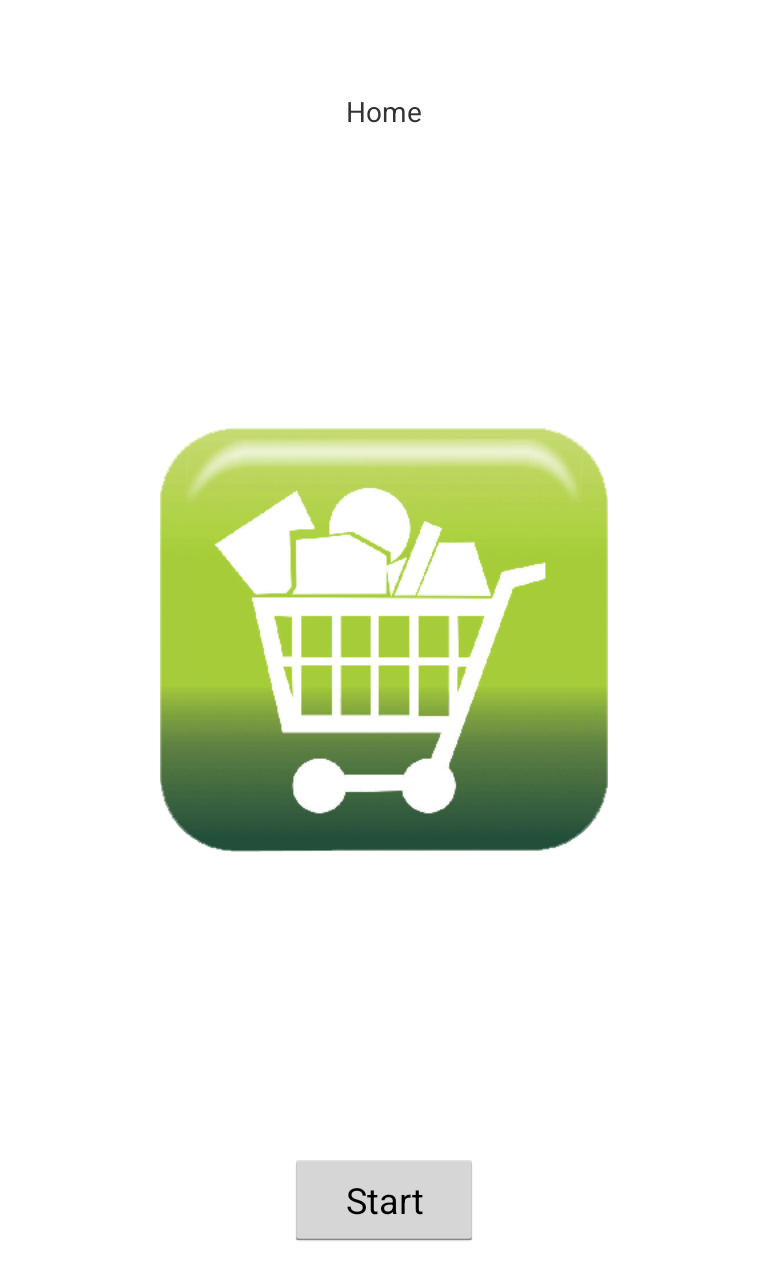
Repository: ailinm/Android
Layout: MyApp/res/layout/activity_main.xml
The author's editor kept a copy of each file at every save. The layout is drawn from the files as they stood at one save, then again after the next save.
It is drawn on a 768 x 1280 px phone screen (xhdpi) without system bars, with theme AppTheme; the app's code is not run.

Above is the layout before, as saved 2014-07-02 07:32:40.

After the next save:
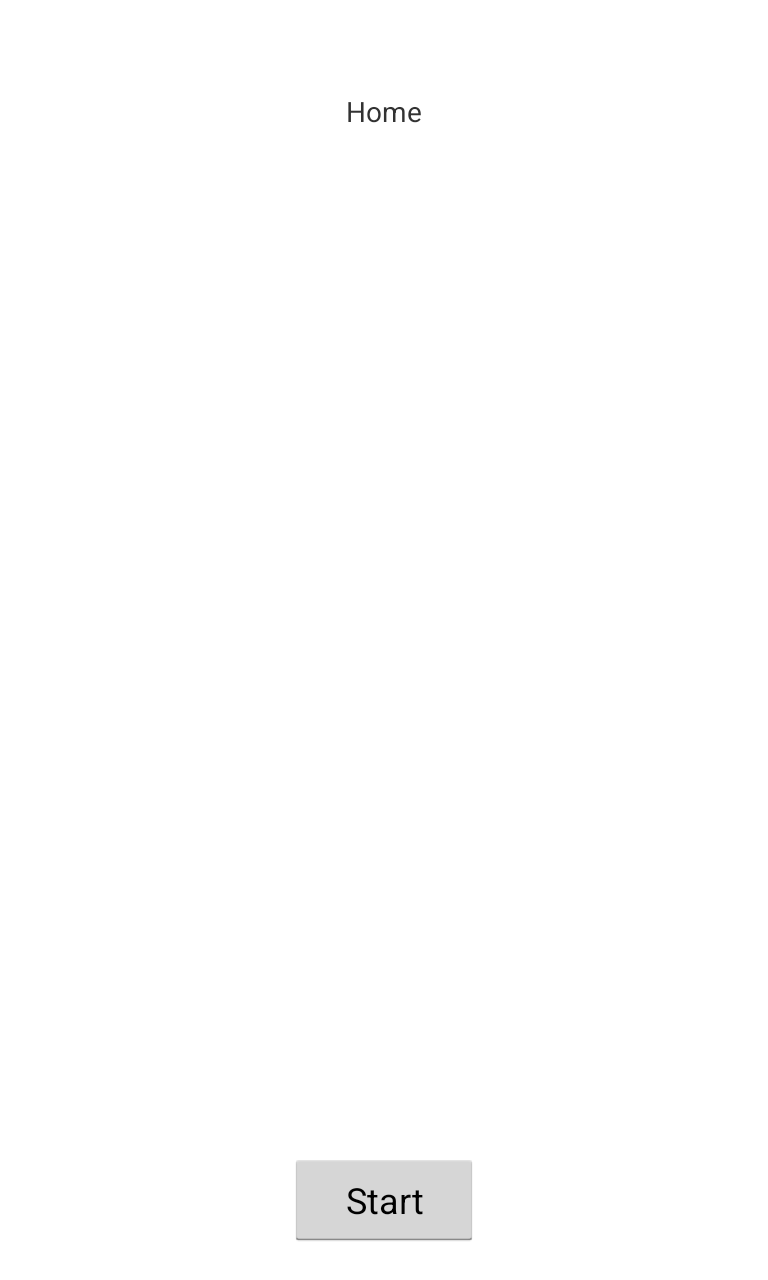
Saved 39 s later.
--- a/MyApp/res/layout/activity_main.xml
+++ b/MyApp/res/layout/activity_main.xml
@@ -18,8 +18,8 @@
         android:layout_centerHorizontal="true" />
 
     <ImageView
-        android:layout_width="wrap_content"
-        android:layout_height="wrap_content"
+        android:layout_width="200 dip"
+        android:layout_height="300dip"
         android:layout_centerInParent="true"
         android:src="@drawable/magazin" />
     <Button

After the save that followed:
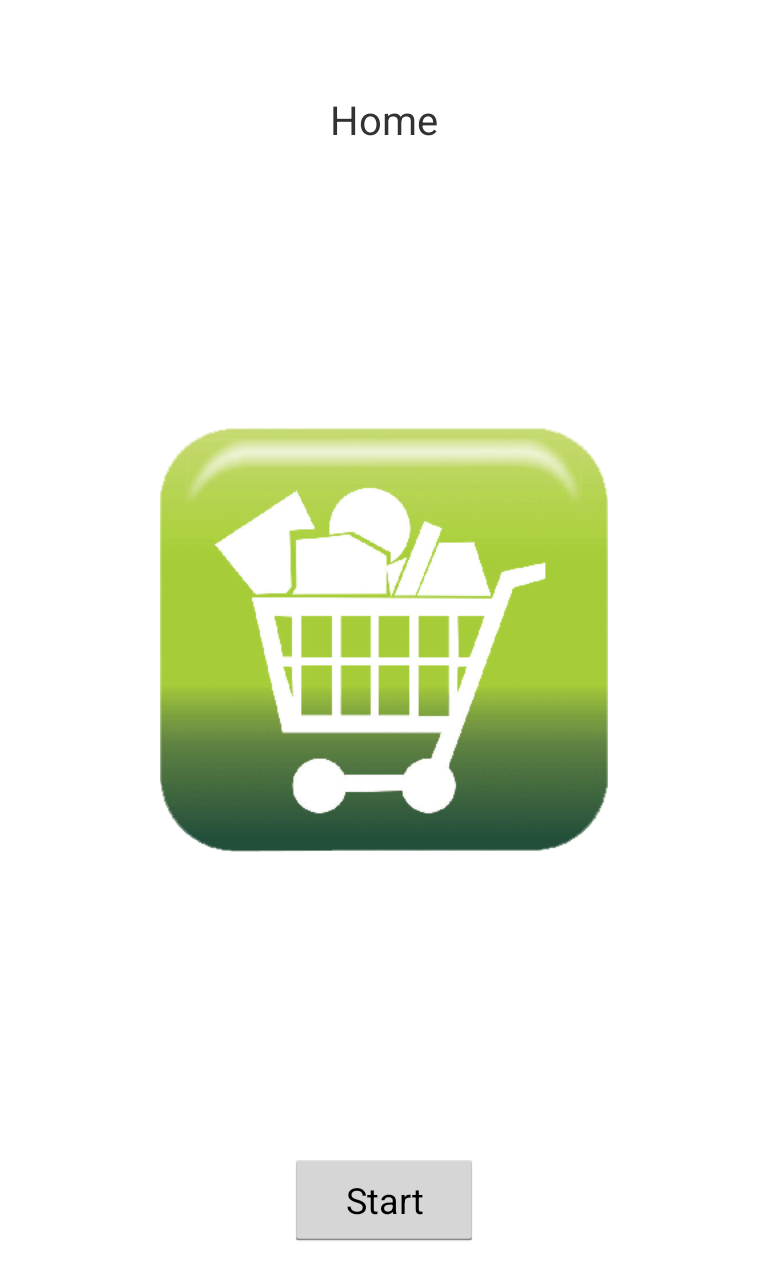
Saved 63 s later.
--- a/MyApp/res/layout/activity_main.xml
+++ b/MyApp/res/layout/activity_main.xml
@@ -12,14 +12,15 @@
     <TextView
         android:layout_marginTop="30dip"
         android:layout_alignParentTop="true"
+        android:textSize="20sp"
         android:layout_width="wrap_content"
         android:layout_height="wrap_content"
         android:text="Home"
         android:layout_centerHorizontal="true" />
 
     <ImageView
-        android:layout_width="200 dip"
-        android:layout_height="300dip"
+        android:layout_width="wrap_content"
+        android:layout_height="wrap_content"
         android:layout_centerInParent="true"
         android:src="@drawable/magazin" />
     <Button
